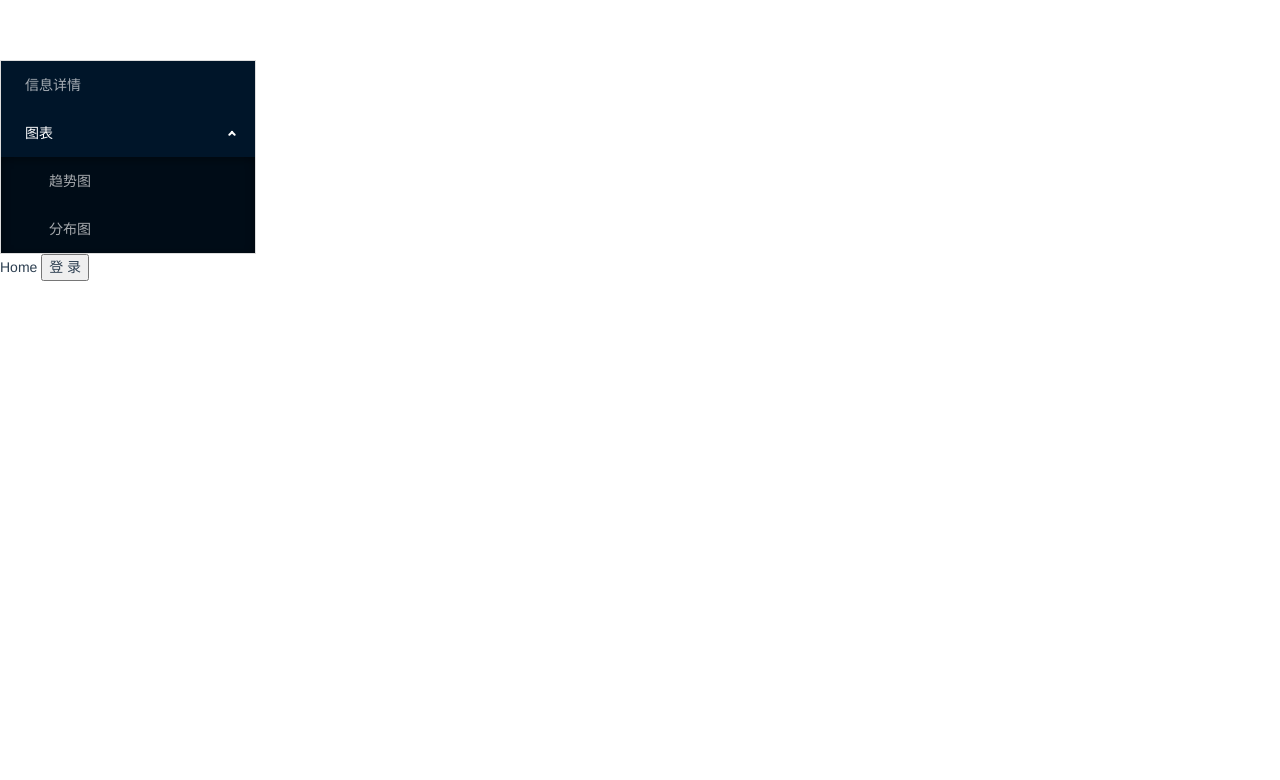
Repository: zhongdm/vue-vuex-antd
Page: /#/Home
These files come from the project's save history. The page is drawn as it stood at one moment and after the next save; the edit follows.
The browser window is 1280 px wide. The pictures show the whole page.
The project was rebuilt for these pictures with package versions that can differ from the ones it lists, and the page was loaded fresh each time.

Above is the page before, as saved 2019-03-14 10:18:18.

### index.html
<!DOCTYPE html>
<html>
  <head>
    <meta charset="utf-8">
    <meta name="viewport" content="width=device-width,initial-scale=1.0">
    <title>vue-vuex-antd</title>
  </head>
  <body>
    <div id="app"></div>
    <!-- built files will be auto injected -->
  </body>
</html>

### src/main.js
// The Vue build version to load with the `import` command
// (runtime-only or standalone) has been set in webpack.base.conf with an alias.
import Vue from 'vue'
import App from './App'
import router from './router'
import TestPlugin from './plugins-custom/TestPlugin'
import Antd from 'ant-design-vue'
import 'ant-design-vue/dist/antd.css'

Vue.config.productionTip = false
Vue.use(TestPlugin)
Vue.use(Antd)

/* eslint-disable no-new */
new Vue({
  el: '#app',
  router,
  components: { App },
  template: '<App/>'
})

### src/App.vue
<template>
  <div id="app">
    <router-view/>
  </div>
</template>

<script>
export default {
  name: 'App'
}
</script>

<style>
#app {
  font-family: 'Avenir', Helvetica, Arial, sans-serif;
  -webkit-font-smoothing: antialiased;
  -moz-osx-font-smoothing: grayscale;
  /* text-align: center; */
  color: #2c3e50;
  margin-top: 60px;
}
</style>

### src/router/index.js
import Vue from 'vue'
import Router from 'vue-router'

Vue.use(Router)

const router = new Router({
  routes: [
    {
      path: '/',
      name: 'Login',
      component: () => import('@/pages/Login')
    },
    {
      path: '/Home',
      name: 'Home',
      component: () => import('@/pages/Home/Home')
    }
  ]
})

router.beforeEach((to, from, next) => {
  console.log(to.path, from)
  next()
})
export default router

### src/plugins-custom/TestPlugin.js
let TestPlugin = {}
TestPlugin.install = function (Vue, options) {
  Vue.istest = function () {
    console.log('plugin test success')
  }
  Vue.prototype.logining = function () {
    console.log('loging')
  }
}

export default TestPlugin

### src/pages/Home/Home.vue
<template>
  <div>
    <menu-bar></menu-bar>
    Home
    <button>登&nbsp;录</button>
  </div>
</template>

<script>
export default {
  data () {
    return {
    }
  },
  mounted () {
    // this.$router.push('/Home')
  },
  components: {
    MenuBar: () => import('@/components/MenuBar')
  }
}
</script>

### src/components/MenuBar.vue
<template>
  <a-menu
    mode="inline"
    class="menu-bar"
    theme="dark"
    :defaultOpenKeys="['o1']">
    <a-menu-item key="1">信息详情</a-menu-item>
    <a-sub-menu key="o1">
      <span slot="title">图表</span>
      <a-menu-item key="2">趋势图</a-menu-item>
      <a-menu-item key="3">分布图</a-menu-item>
    </a-sub-menu>
  </a-menu>
</template>

<script>
export default {
  name: 'menu-bar',
  data () {
    return {
    }
  }
}
</script>

<style lang="stylus" scoped>
.menu-bar
  // float left
  border 1px solid #ddd
  width 256px
</style>

After the next save:
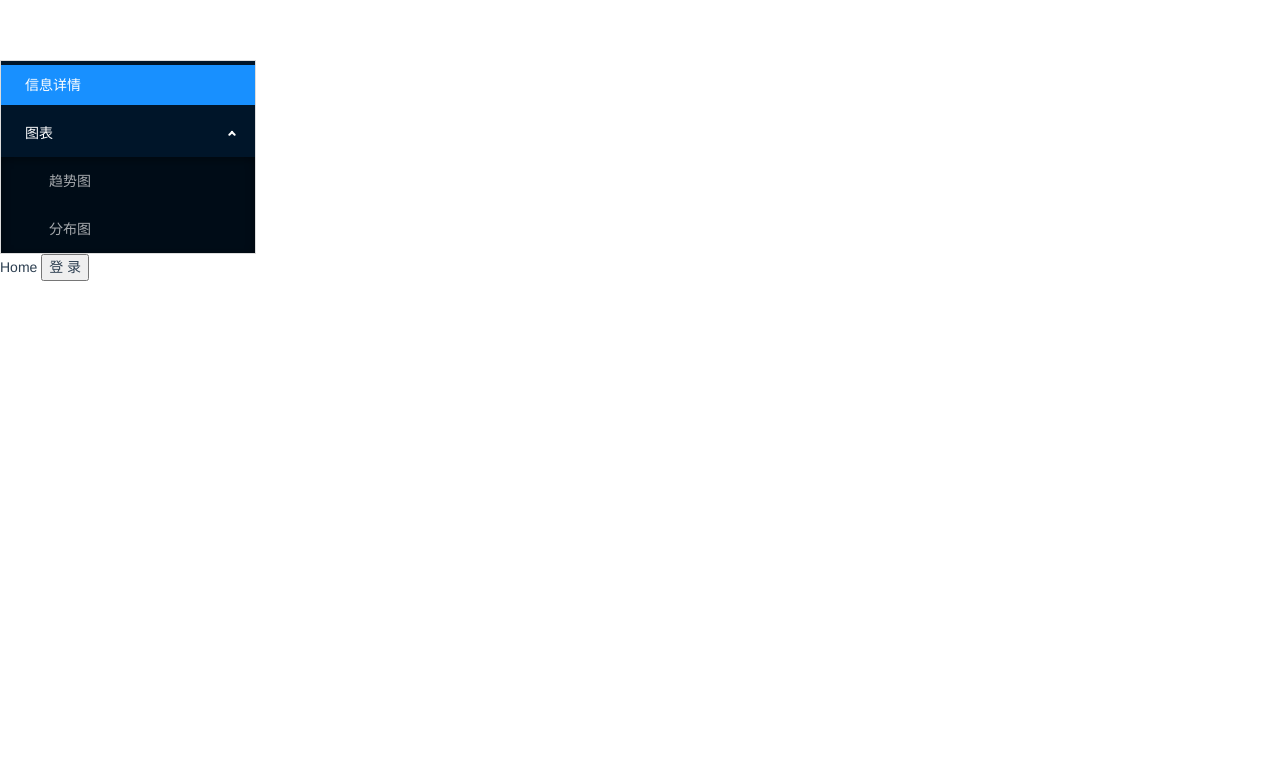
Saved 18 s later.
--- a/src/components/MenuBar.vue
+++ b/src/components/MenuBar.vue
@@ -3,6 +3,7 @@
     mode="inline"
     class="menu-bar"
     theme="dark"
+    :defaultSelectedKeys="['1']"
     :defaultOpenKeys="['o1']">
     <a-menu-item key="1">信息详情</a-menu-item>
     <a-sub-menu key="o1">
